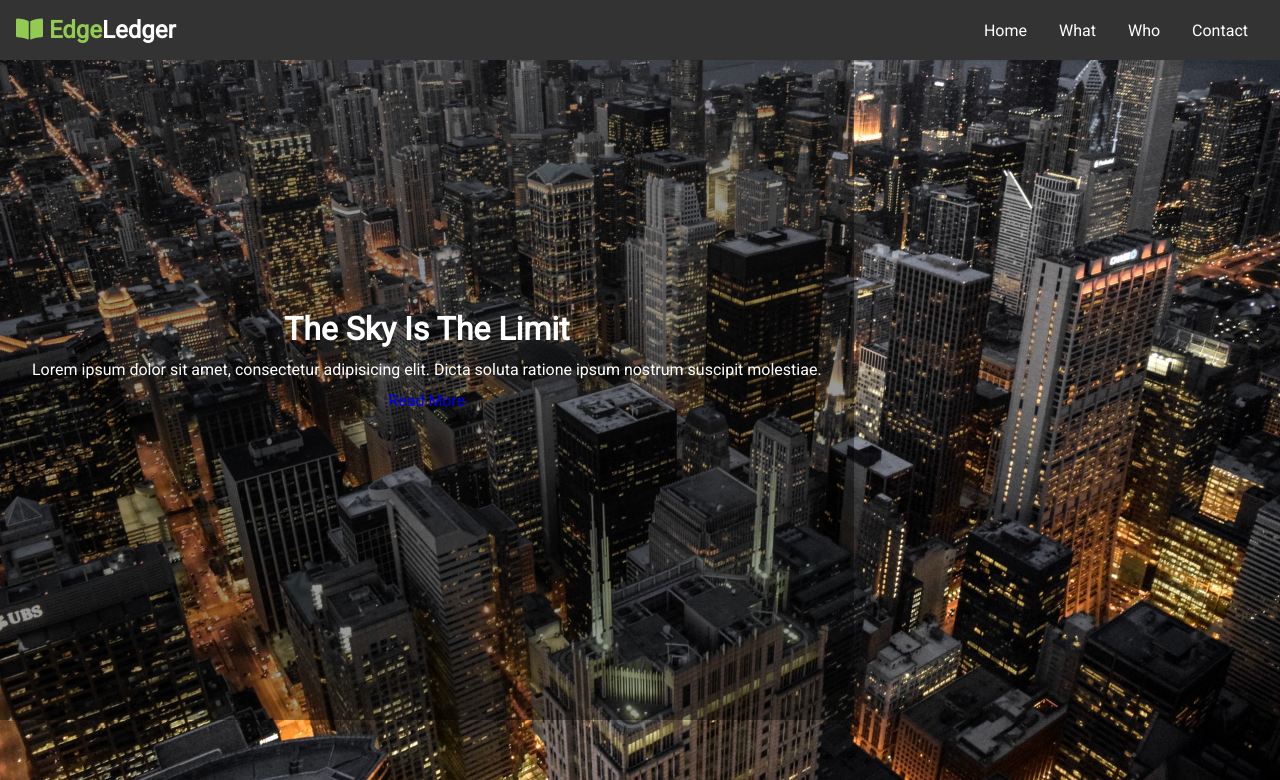
Repository: dimlutine/EdgeLedger
Page: index.html
An editor plug-in stored every save of this project. The page is shown before and after the next save, followed by the edit.
The browser window is 1280 px wide. The pictures show the whole page.
Some web libraries are served in a nearby version.

Above is the page before, as saved 2019-07-06 18:53:30.

### index.html
<!DOCTYPE html>
<html lang="en">

<head>
    <meta charset="UTF-8">
    <meta name="viewport" content="width=device-width, initial-scale=1.0">
    <meta http-equiv="X-UA-Compatible" content="ie=edge">
    <link rel="stylesheet" href="https://use.fontawesome.com/releases/v5.6.3/css/all.css" integrity="sha384-UHRtZLI+pbxtHCWp1t77Bi1L4ZtiqrqD80Kn4Z8NTSRyMA2Fd33n5dQ8lWUE00s/" crossorigin="anonymous">
    <link rel="stylesheet" media="screen and (max-width: 768px)" href="css/mobile.css">
    <link rel="stylesheet" media="screeb abd (min-width: 1100px)" href="css/widescreen.css">
    <link rel="stylesheet" href="css/style.css">
    <title>EdgeLedger Financial | Accounting & Investment</title>
</head>

<body id="home">
    <!-- Navbar -->
    <nav id="navbar">
        <h1 class="logo">
            <span class="text-primary"><i class="fas fa-book-open"></i> Edge</span>Ledger
        </h1>
        <ul>
            <li><a href="#home">Home</a></li>
            <li><a href="#what">What</a></li>
            <li><a href="#who">Who</a></li>
            <li><a href="#contacts">Contact</a></li>
        </ul>
    </nav>
    <!-- Header: Showcase -->
    <header id="showcase">
        <div class="showcase-content">
            <h1 class="l-heading">
                The Sky Is The Limit
            </h1>
            <p class="lead">Lorem ipsum dolor sit amet, consectetur adipisicing elit. Dicta soluta ratione ipsum nostrum suscipit molestiae.</p>
            <a href="#what" class="btn">Read More</a>
        </div>
    </header>
</body>

</html>

### css/style.css
@import url('https://fonts.googleapis.com/css?family=Roboto&display=swap');
* {
    margin: 0;
    padding: 0;
}

body {
    font-family: 'Roboto', sans-serif;
}

a {
    text-decoration: none;
}

p {
    margin: .75rem 0;
}


/* Utility Classes */

.text-primary {
    color: #93cb52;
}


/* Navbar */

#navbar {
    display: flex;
    position: sticky;
    top: 0;
    background: #333;
    color: #fff;
    justify-content: space-between;
    z-index: 1;
    padding: 1rem;
}

#navbar ul {
    display: flex;
    align-items: center;
    list-style: none;
}

#navbar ul li a {
    color: #fff;
    padding: 0.75rem;
    margin: 0 0.25rem;
}

#navbar ul li a:hover {
    background: #93cb52;
    border-radius: 5px;
}


/* Showcase */

#showcase {
    background: #333 url(../img/showcase.jpg) no-repeat center center/cover;
    height: 100vh;
    color: #fff;
}

#showcase .showcase-content {
    height: 100%;
    display: flex;
    flex-direction: column;
    justify-content: center;
    text-align: center;
    align-items: center;
    padding: 0 2rem;
    /* Overlay */
    position: absolute;
    top: 0;
    left: 0;
    background-color: rgba(0, 0, 0, .4);
}

Loaded but not shown: css/mobile.css (no stored copy; drawn as an empty file); css/widescreen.css (no stored copy; drawn as an empty file)

After the next save:
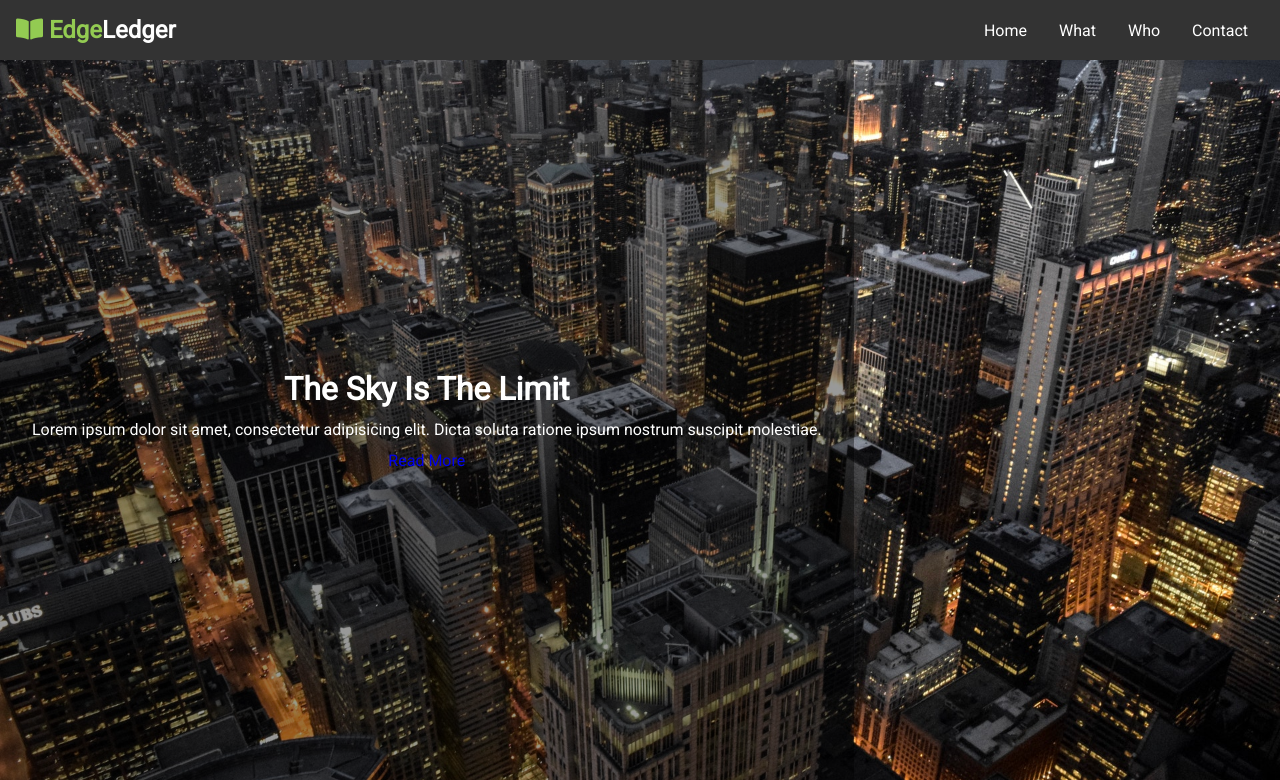
Saved 48 s later.
--- a/css/style.css
+++ b/css/style.css
@@ -73,7 +73,5 @@
     padding: 0 2rem;
     /* Overlay */
     position: absolute;
-    top: 0;
-    left: 0;
     background-color: rgba(0, 0, 0, .4);
 }

After the save that followed:
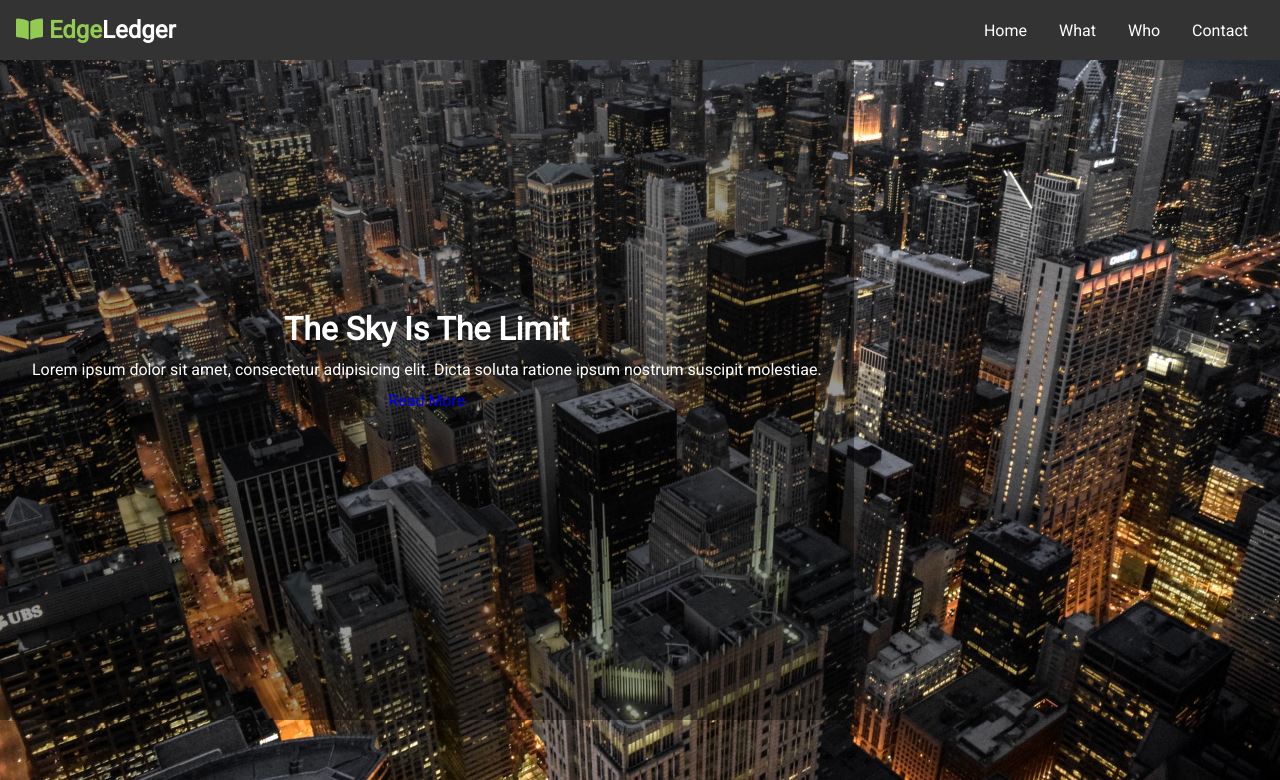
Saved 6 s later.
--- a/css/style.css
+++ b/css/style.css
@@ -73,5 +73,7 @@
     padding: 0 2rem;
     /* Overlay */
     position: absolute;
+    top: 0;
+    left: 0;
     background-color: rgba(0, 0, 0, .4);
 }
